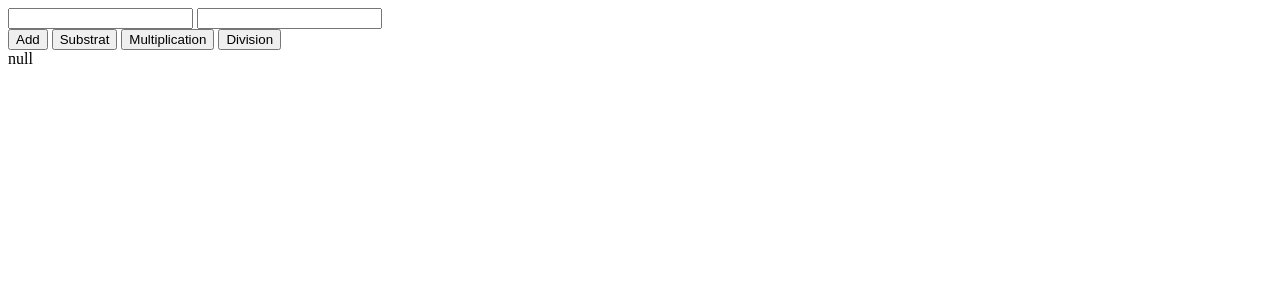
Repository: bharatgupta77/Java-codes
Page: http://localhost/Calculator/index1.jsp
These files come from the project's save history. The page is drawn as it stood at one moment and after the next save; the edit follows.
The browser window is 1280 px wide. The pictures show the whole page.
The page is served by Tomcat 9. Other server files are loaded and not shown.

Above is the page before, as saved 2020-09-29 10:55:55.

### Calculator/WebContent/index1.jsp
<%@ page language="java" contentType="text/html; charset=ISO-8859-1"
    pageEncoding="ISO-8859-1"%>
<!DOCTYPE html>
<html>
<head>
<meta charset="ISO-8859-1">
<title>Insert title here</title>
</head>
<body>

<form action="Calculate1" method="post">
	<input type="number" name="num1">
	<input type="number" name="num2"><br>

	<button type="submit" name="btn" value="+">Add</button>
	<button type="submit" name="btn" value="-">Substrat</button>
	<button type="submit" name="btn" value="*">Multiplication</button>
	<button type="submit" name="btn" value="/">Division</button>



</form>


<%
Integer k= (Integer)request.getAttribute("result");
out.println(k);

%>

</body>
</html>

After the next save:
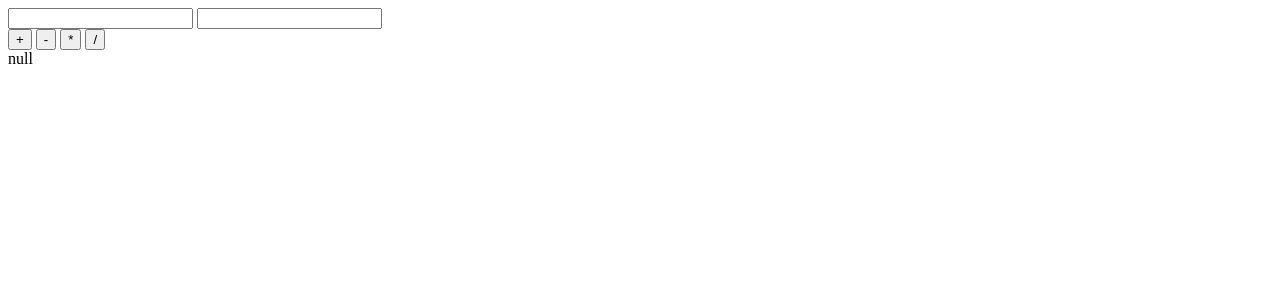
Saved 7 min 18 s later.
--- a/Calculator/WebContent/index1.jsp
+++ b/Calculator/WebContent/index1.jsp
@@ -12,10 +12,10 @@
 	<input type="number" name="num1">
 	<input type="number" name="num2"><br>
 
-	<button type="submit" name="btn" value="+">Add</button>
-	<button type="submit" name="btn" value="-">Substrat</button>
-	<button type="submit" name="btn" value="*">Multiplication</button>
-	<button type="submit" name="btn" value="/">Division</button>
+	<button type="submit" name="btn" value="+">+</button>
+	<button type="submit" name="btn" value="-">-</button>
+	<button type="submit" name="btn" value="*">*</button>
+	<button type="submit" name="btn" value="/">/</button>
 
 
 
